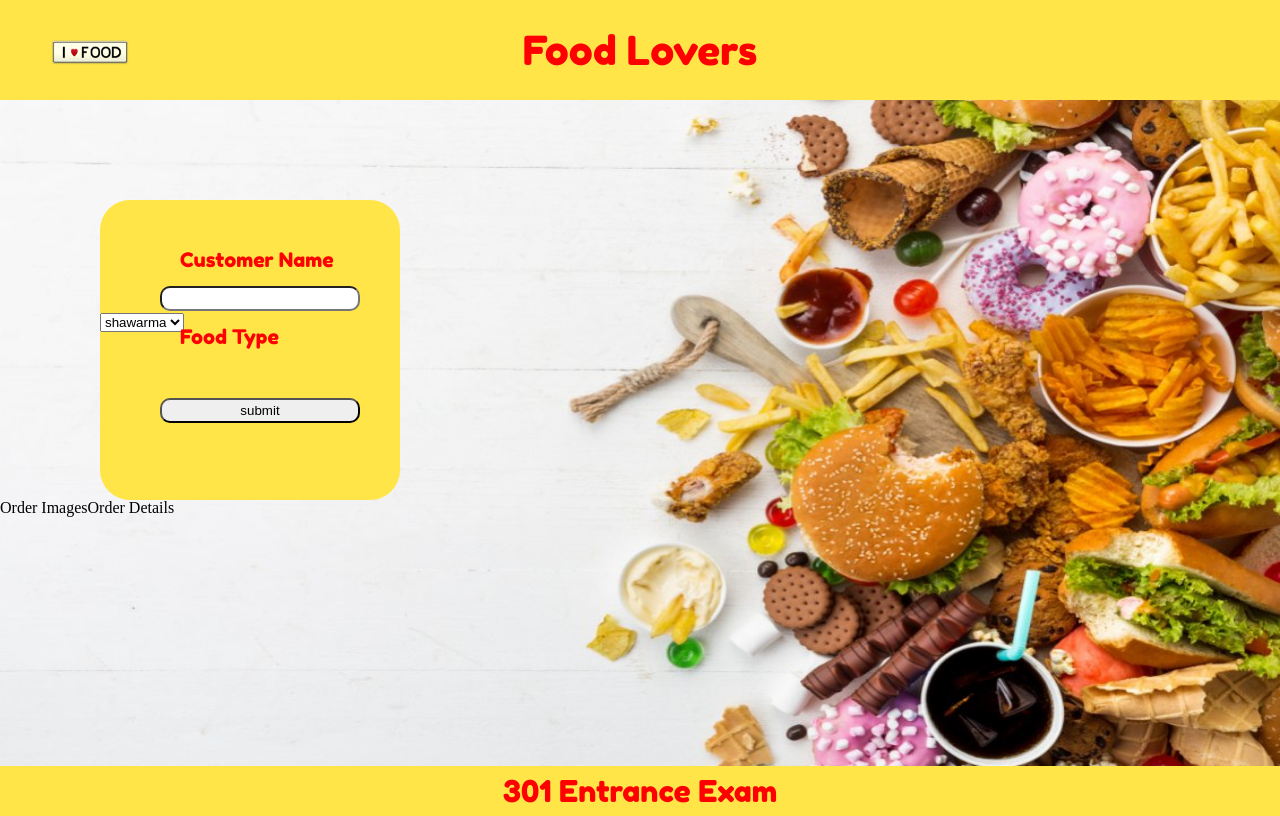
Repository: Razan-am/foodLovers
Page: index.html
These files come from the project's save history. The page is drawn as it stood at one moment and after the next save; the edit follows.
The browser window is 1280 px wide. The pictures show the whole page.

Above is the page before, as saved 2021-06-01 11:18:25.

### index.html
<!DOCTYPE html>
<html lang="en">

<head>
    <meta charset="UTF-8">
    <meta http-equiv="X-UA-Compatible" content="IE=edge">
    <meta name="viewport" content="width=device-width, initial-scale=1.0">
    <title>Food Lovers</title>
    <link rel="preconnect" href="https://fonts.gstatic.com">
    <link href="https://fonts.googleapis.com/css2?family=Fredoka+One&display=swap" rel="stylesheet">
    <link rel="stylesheet" href="css/reset.css">
    <link rel="stylesheet" href="css/style.css">
</head>

<body>
    <header>
        <h1>Food Lovers</h1>
        <img src="images/css images/logo.png" alt="logo">
    </header>
    <main>
        <form action="" id="myForm">
            <fieldset>
                <label for="name">Customer Name</label>
                <br/><br/>
                <input type="text" id="name" name="name">
                <br/><br/>
                <label for="food">Food Type</label>
                <br/><br/>
                <select name="food" id="food">
                    <option value="shawarma">shawarma</option>
                    <option value="pizza">pizza</option>
                    <option value="burger">burger</option>
                </select>
                <br/><br/>
                <input type="submit" value="submit">
            </fieldset>
        </form>
        <table id="myTable">
            <tr>
                <th>Order Images</th>
                <th>Order Details</th>
            </tr>
        </table>
        <img src="images/css images/background.jpg" alt="backGround">
    </main>
    <footer>
        <p>301 Entrance Exam </p>
    </footer>
    <script src="js/app.js"></script>
</body>

</html>

### css/style.css
*{
    box-sizing: border-box;
}
header{
    background-color: rgba(255, 229, 72, 255);
    height: 100px;
}
h1{
    font-family: 'Fredoka One', cursive;
    color: red;
    text-align: center;
    font-size: 40px;
    font-weight: lighter;
    padding-top: 30px;
}

header img{
    top: 2px;
    left: 30px;
    position: absolute;
    width: 120px;
    height: 100px;
}
main img{
    top: 50px;
    position: absolute;
    z-index: -1;
    width: 100%;
    height: 100%;
}
form{
    display: inline-block;
    background-color:  rgba(255, 229, 72, 255);
    margin-top: 100px;
    margin-left: 100px;
    width: 300px;
    height: 300px;
    border-radius: 30px;
}
form label{
    top: 50px;
    position: relative;
    padding-left: 80px;
    font-size: 20px;
    color: red;
    font-family: 'Fredoka One', cursive;
}
form input{
    top: 50px;
    position: relative;
    margin-left: 60px;
    width: 200px;
    height: 25px;
    border-radius: 10px;
}
table img{
    width: 50px;
    height: 50px;
}
table p{
    color: black;
    font-family: 'Fredoka One', cursive;
}
footer{
    background-color: rgba(255, 229, 72, 255);
    margin-top: 250px;
    height: 50px;
}
footer p{
    text-align: center;
    color: red;
    font-size: 30px;
    padding-top: 10px;
    font-family: 'Fredoka One', cursive;
}

### js/app.js
'use strict';

let myForm = document.getElementById('myForm');
let myTable = document.getElementById('myTable');


let mainArr = [];
function Foods(userName,foodType){
    this.userName=userName;
    this.foodType=foodType;
    this.img=`images/${foodType}.jpg`
    mainArr.push(this);
}
console.log(mainArr);

myForm.addEventListener('submit',handleEvent);
function handleEvent(event){
    event.preventDefault();

    let userName = event.target.name.value;
    let foodType = event.target.food.value;
    console.log(foodType);
    new Foods(userName,foodType);
    setting();
    render();
}

function randomNumber(min,max){
    min = Math.ceil(min);
    max = Math.floor(max);
    return Math.floor(Math.random() * (max - min) + min)
}

function render(){
    let tBody = document.createElement('tr');
    myTable.appendChild(tBody);

    for (let index = 0; index < mainArr.length; index++) {
        tBody.textContent='';

        let td1 = document.createElement('td');
        tBody.appendChild(td1);

        let imgEl = document.createElement('img');
        td1.appendChild(imgEl);
        imgEl.setAttribute('src', mainArr[index].img);

        let td2 = document.createElement('td');
        tBody.appendChild(td2);

        let pEl1 = document.createElement('p');
        td2.appendChild(pEl1);
        pEl1.textContent=`Customer Name:${mainArr[index].userName}`;
        let pEl2 = document.createElement('p');
        td2.appendChild(pEl2);
        pEl2.textContent=`Food Type:${mainArr[index].foodType}`;
        let pEl3 = document.createElement('p');
        td2.appendChild(pEl3);
        pEl3.textContent=`Food Price:${randomNumber(1,100)}`;


    }
}

function setting(){
    let data = JSON.stringify(mainArr);
    localStorage.setItem('information',data);
}

function getting(){
    let stringObj = localStorage.getItem('information');
    let normalObj = JSON.parse(stringObj);

    if(normalObj !== null){
        mainArr = normalObj;
    }
    render();
}
getting();

Loaded but not shown: css/reset.css (common file)

After the next save:
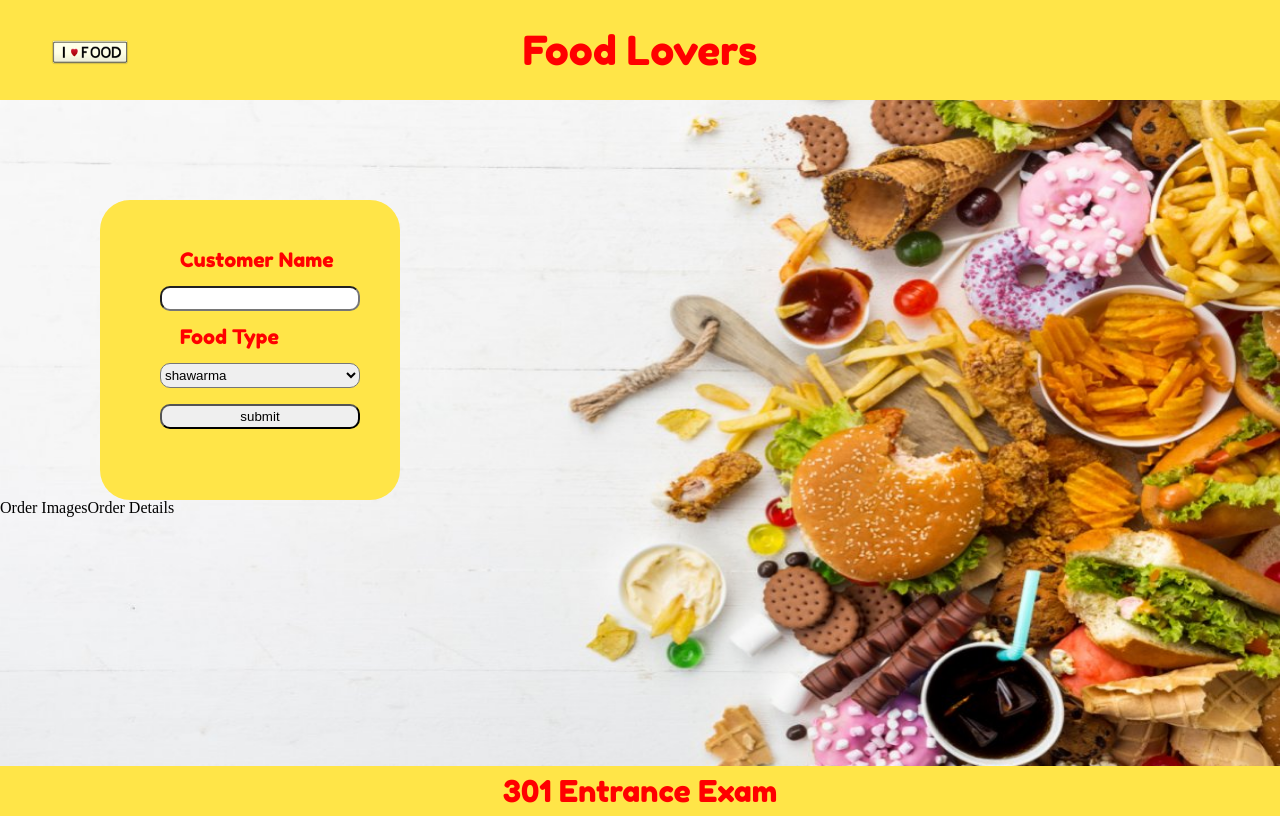
Saved 25 s later.
--- a/css/style.css
+++ b/css/style.css
@@ -53,6 +53,14 @@ form input{
     height: 25px;
     border-radius: 10px;
 }
+form select{
+    top: 50px;
+    position: relative;
+    margin-left: 60px;
+    width: 200px;
+    height: 25px;
+    border-radius: 10px;
+}
 table img{
     width: 50px;
     height: 50px;
